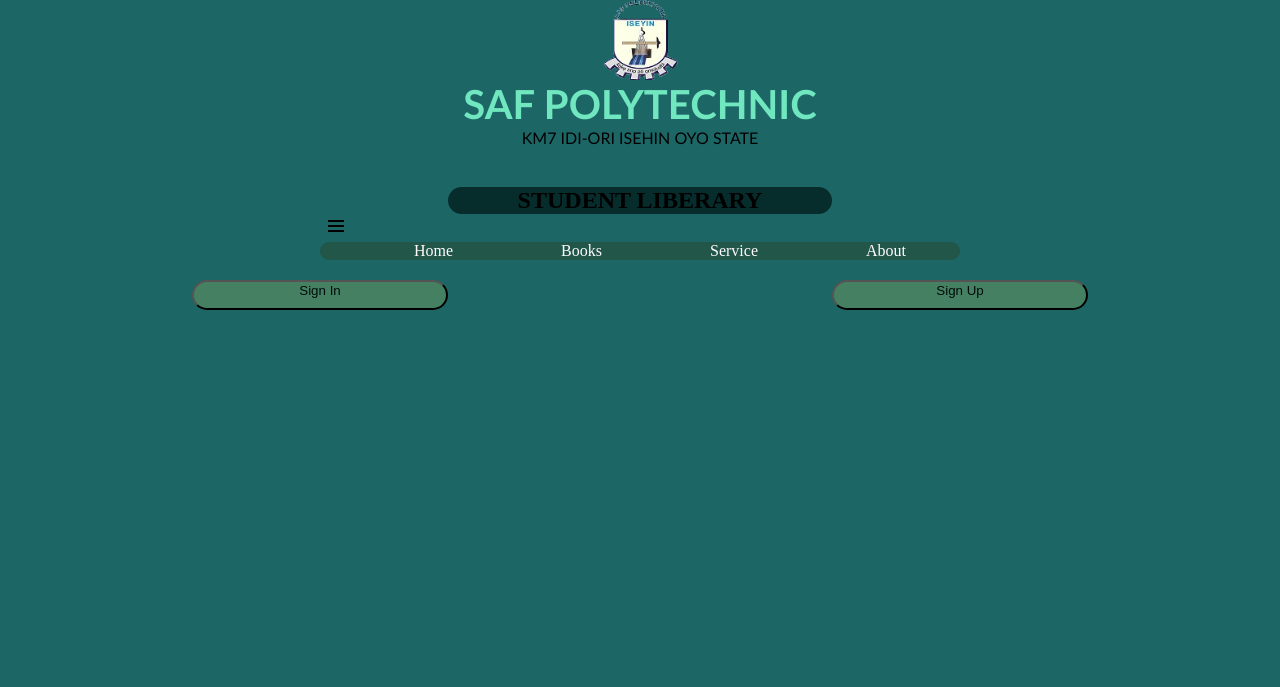
Repository: makinwademila/new-html
Page: index.html
An editor plug-in stored every save of this project. The page is shown before and after the next save, followed by the edit.
The browser window is 1280 px wide. The pictures show the whole page.

Above is the page before, as saved 2025-02-18 15:59:44.

After the next save:
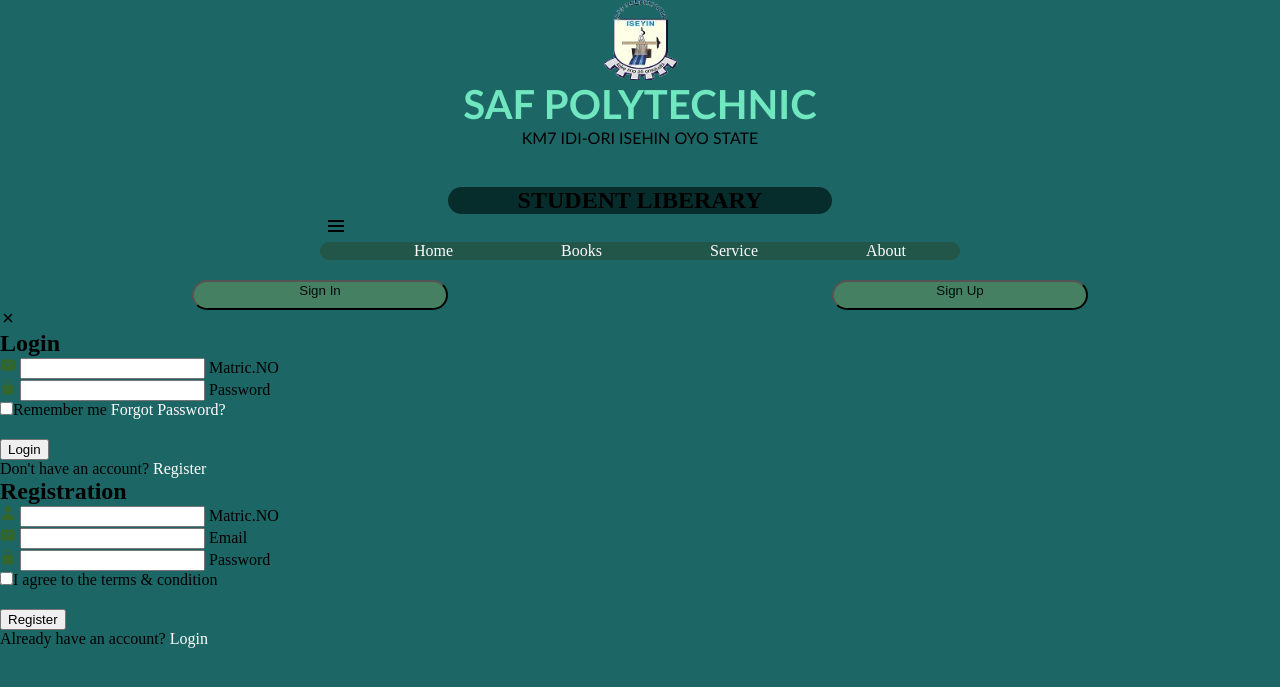
Console error: SyntaxError: Identifier 'dropdownButton' has already been declared
Not found: database.js
Saved 5 min 59 s later.
--- a/index.html
+++ b/index.html
@@ -72,6 +72,71 @@
         <button class="btn" id="RegisterBtn">Sign Up</button>
     </div>
 
+    <div class="wrapper">
+        <span class="icon-close"><ion-icon name="close"></ion-icon>
+        </span>
+
+        <div class="form-box login">
+            <h2>Login</h2>
+            <form action="#">
+                <div class="input-box">
+                    <span class="icon"><ion-icon name="mail"></ion-icon></span>
+                    <input type="email" required>
+                    <label>Matric.NO</label>
+                </div>
+                <form action="#">
+                    <div class="input-box">
+                        <span class="icon"><ion-icon name="lock-closed"></ion-icon></span>
+                        <input type="password" required>
+                        <label>Password</label>
+                    </div>
+                    <div class="remember-forgot">
+                        <label><input type="checkbox" required>Remember me</label>
+                        <a href="#">Forgot Password?</a>
+                    </div>
+                    <button type="submit" class="btn" onclick="active" href="home.html">Login</button>
+                    <div class="login-register">
+                        <p>Don't have an account? <a href="#" class="register-link">Register</a></p>
+                    </div>
+                </form>
+        </div>
+
+        <div class="form-box register">
+            <h2>Registration</h2>
+            <form action="#">
+                <div class="input-box">
+                    <span class="icon"><ion-icon name="person"></ion-icon></span>
+                    <input type="text" required>
+                    <label>Matric.NO</label>
+                </div>
+                <div class="input-box">
+                    <span class="icon"><ion-icon name="mail"></ion-icon></span>
+                    <input type="email" required>
+                    <label>Email</label>
+                </div>
+                <form action="#">
+                    <div class="input-box">
+                        <span class="icon"><ion-icon name="lock-closed"></ion-icon></span>
+                        <input type="password" required>
+                        <label>Password</label>
+                    </div>
+                    <div class="remember-forgot">
+                        <label><input type="checkbox" required>I agree to the terms & condition</label>
+
+                    </div>
+                    <button type="submit" class="btn">Register</button>
+                    <div class="login-register">
+                        <p>Already have an account? <a href="#" class="login-link">Login</a></p>
+                    </div>
+                </form>
+        </div>
+    </div>
+    <script src="script.js"></script>
+    <script type="module" src="database.js"></script>
+    <script type="module" src="https://unpkg.com/ionicons@7.1.0/dist/ionicons/ionicons.esm.js"></script>
+    <script nomodule src="https://unpkg.com/ionicons@7.1.0/dist/ionicons/ionicons.js"></script>
+
+
     <script src="script.js"></script>
 </body>
 
